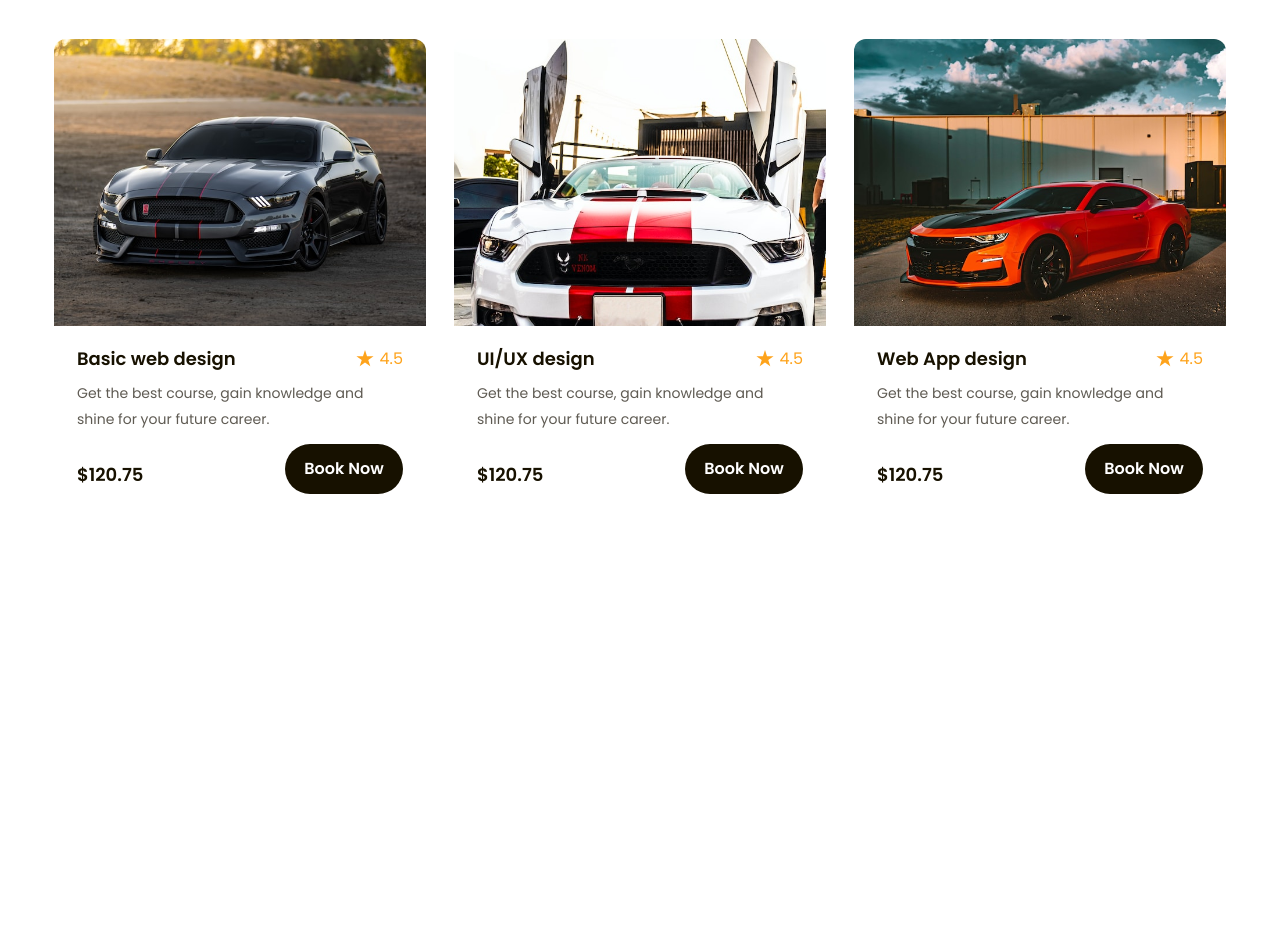
Repository: dongnguyen2112/htmlcss-project-02
Page: index.html
The author's editor kept a copy of each file at every save. The page is drawn from the files as they stood at one save, then again after a run of saves.
The browser window is 1280 px wide. The pictures show the part of the page from y = 1239 to 2191 px (the page is 5000 px tall).
A picture or video elsewhere on the page could not be fetched, so the positions and the page height are approximate.

Above is the page before, as saved 2023-07-06 13:36:35.

### index.html
<!DOCTYPE html>
<html lang="en">
    <head>
        <meta charset="UTF-8" />
        <meta name="viewport" content="width=device-width, initial-scale=1.0" />
        <title>F8 project 01</title>
        <!-- Reset CSS -->
        <link rel="stylesheet" href="./assets/css/reset.css" />
        <!-- Font -->
        <link rel="preconnect" href="https://fonts.googleapis.com" />
        <link rel="preconnect" href="https://fonts.gstatic.com" crossorigin />
        <link
            href="https://fonts.googleapis.com/css2?family=Poppins:ital,wght@0,400;0,500;0,600;0,700;1,400&family=Sen:wght@700&display=swap"
            rel="stylesheet"
        />
        <!-- Style CSS -->
        <link rel="stylesheet" href="./assets/css/styles.css" />
    </head>
    <body>
        <main style="height: 5000px">
            <!-- Header -->
            <header class="header fixed">
                <div class="main-content">
                    <div class="body">
                        <!-- Logo -->
                        <img src="./assets/img/Logo..png" alt="" class="logo">
                        <!-- Nav -->
                        <nav class="nav">
                            <ul>
                                <li class="active">
                                    <a href="#!">Home</a>
                                </li>
                                <li>
                                    <a href="#!">Courses</a>
                                </li>
                                <li>
                                    <a href="#!">Pricing</a>
                                </li>
                                <li>
                                    <a href="#!">Reviews</a>
                                </li>
                            </ul>
                        </nav>
                        <!-- Action -->
                        <div class="action">
                            <a href="#!" class="btn sign-up-btn">Sign Up </a>
                        </div>
                    </div>
            </header>
            <!-- Hero -->
            <div class="hero">
                <div class="main-content">
                    <div class="body">
                        <!-- Hero-left -->
                        <div class="media-block">
                            <img src="./assets/img/hero-img.jpg" alt="Learn without limits and spread knowledge." class="img">
                            <div class="hero-summary">
                                <div class="item">
                                    <div class="icon">
                                        <img src="./assets/icon/list.svg" alt="">
                                    </div>
                                    <div class="info">
                                        <div class="lable">20 Courses</div>
                                        <div class="title">UI/UX Design</div>
                                    </div>
                                </div>
                                <div class="item">
                                    <div class="icon">
                                        <img src="./assets/icon/code.svg" alt="">
                                    </div>
                                    <div class="info">
                                        <div class="lable">20 Courses</div>
                                        <div class="title">Development</div>
                                    </div>
                                </div>
                                <div class="item">
                                    <div class="icon">
                                        <img src="./assets/icon/speaker.svg" alt="">
                                    </div>
                                    <div class="info">
                                        <div class="lable">30 Courses</div>
                                        <div class="title">Marketing</div>
                                    </div>
                                </div>
                            </div>
                        </div>
                        <!-- Hero-right -->
                        <div class="content-block">
                            <h1 class="heading lv1">Learn without limits and spread knowledge.</h1>
                            <p class="desc">Build new skills for that “this is my year” feeling with courses, certificates, and degrees from world-class universities and companies.</p>
                            <div class="cta-group">
                                <a href="#!" class="btn hero-cta">See Courses</a>
                                <button class="watch-video">
                                    <div class="icon">
                                        <img src="./assets/icon/play.svg" alt="">
                                    </div>
                                    <span>Watch Video</span>
                                </button>
                            </div>
                            <p class="desc">Recent engagement</p>
                            <p class="desc stats">
                               <strong>50K</strong> Students
                                <strong>70+</strong> Courses
                            </p>
                        </div>
                    </div>
                </div>
            </div>
            <!-- Popular -->
            <div class="popular">
                <div class="main-content">
                    <div class="popular-top">
                        <div class="info">
                            <h2 class="heading lv2">Our popular courses</h2>
                            <p class="desc">Build new skills with new trendy courses and shine for the next future career.</p>
                        </div>
                        <div class="control">
                            <button class="control-btn">
                                <img src="./assets/icon/control.svg" alt="">
                            </button>
                        </div>
                    </div>
                    <!-- Course-item 1 -->
                    <div class="course-list">
                        <div class="course-item">
                            <img src="./assets/img/course-1.jpg" alt="Basic web design" class="thumb">
                            <div class="info">
                                <div class="head">
                                    <h3 class="title">Basic web design</h3>
                                    <div class="rating">
                                        <img src="./assets/icon/Star.svg" alt="" class="star">
                                        <span class="value">4.5</span>
                                    </div>
                                </div>
                                <p class="desc">Get the best course, gain knowledge and shine for your future career.</p>
                                <div class="foot">
                                    <span class="price">$120.75</span>
                                    <div class="btn">Book Now</div>
                                </div>
                            </div>
                        </div>

                    <!-- Course-item 2 -->
                        <div class="course-item">
                            <img src="./assets/img/course-2.jpg" alt="Basic web design" class="thumb">
                            <div class="info">
                                <div class="head">
                                    <h3 class="title">UI/UX design</h3>
                                    <div class="rating">
                                        <img src="./assets/icon/Star.svg" alt="" class="star">
                                        <span class="value">4.5</span>
                                    </div>
                                </div>
                                <p class="desc">Get the best course, gain knowledge and shine for your future career.</p>
                                <div class="foot">
                                    <span class="price">$120.75</span>
                                    <div class="btn">Book Now</div>
                                </div>
                            </div>
                        </div>
                    <!-- Course-item 3 -->
                        <div class="course-item">
                            <img src="./assets/img/course-3.jpg" alt="Basic web design" class="thumb">
                            <div class="info">
                                <div class="head">
                                    <h3 class="title">Web App design</h3>
                                    <div class="rating">
                                        <img src="./assets/icon/Star.svg" alt="" class="star">
                                        <span class="value">4.5</span>
                                    </div>
                                </div>
                                <p class="desc">Get the best course, gain knowledge and shine for your future career.</p>
                                <div class="foot">
                                    <span class="price">$120.75</span>
                                    <div class="btn">Book Now</div>
                                </div>
                            </div>
                        </div>
                    </div>
                </div>
            </div>
        </main>
    </body>
</html>

### assets/css/styles.css
* {
    box-sizing: border-box;
}
html {
    font-size: 62.5%;
}
body {
    font-size: 1.6rem;
    font-family: "Poppins", sans-serif;
}
:root {
    --primary-color: #ffb900;
    --font-heading: Sen, sans-serif;
}
/* Common */
a {
    text-decoration: none;
}
.main-content {
    width: 1170px;
    max-width: calc(100% - 48px);
    margin-left: auto;
    margin-right: auto;
}
.btn {
    display: inline-block;
    min-width: 118px;
    padding: 0 16px;
    line-height: 50px;
    color: #fff;
    text-align: center;
    font-size: 1.6rem;
    font-weight: 600;
    border-radius: 999px;
    background: #171100;
}
.btn:hover {
    opacity: 0.9;
}
.heading {
    color: #171100;
    font-family: var(--font-heading);
    font-weight: 700;
    letter-spacing: -0.02em;
}
.heading.lv1 {
    font-size: 5.8rem;
    line-height: 1.17;
}
.heading.lv2 {
    font-size: 3.8rem;
    line-height: 1.26;
}
/* Header */
.header {
    background: #fffcf4;
}
.header.fixed {
    position: sticky;
    top: -28px;
    z-index: 1;
}
.header .body {
    display: flex;
    align-items: center;
    padding: 36px 0 8px;
}
.header .sign-up-btn {
    min-width: 114px;
}
.header .action {
    margin-left: 49px;
}
.nav {
    margin-left: auto;
}
.nav ul {
    display: flex;
}
.nav a {
    color: #5f5b53;
    font-size: 1.6rem;
    padding: 8px 21px;
    position: relative;
}
.nav a:hover,
.nav .active a {
    color: #171100;
    font-size: 1.6rem;
    /* font-weight: 600; */
    text-shadow: 1px 0 0 currentColor;
}
.nav .active a::after {
    content: "";
    left: 21px;
    display: block;
    width: 12px;
    height: 2px;
    border-radius: 1px;
    background: #171100;
    position: absolute;
    bottom: 6px;
}
/* hero */
.hero {
    padding: 56px 0 65px;
    background: #fffcf4;
}
.hero .body {
    display: flex;
}
/* hero-left */
.hero .media-block {
    width: 48%;
    position: relative;
}
.hero .media-block .img {
    width: 470px;
    height: 685px;
    object-fit: cover;
    border-radius: 20px;
    display: block;
}
.hero-summary {
    position: absolute;
    right: 0;
    bottom: 48px;
    border-radius: 12px;
    background: #fff;
    box-shadow: 0px 16px 32px 0px rgba(0, 0, 0, 0.05);
    width: 270px;
    padding: 24px;
}
.hero-summary .item {
    display: flex;
    align-items: center;
}
.hero-summary .item + .item {
    margin-top: 22px;
}
.hero-summary .icon {
    width: 48px;
    height: 48px;
    border-radius: 50%;
    display: flex;
    align-items: center;
    justify-content: center;
    background: #fff9e8;
}
.hero-summary .item:nth-last-of-type(2) .icon {
    background: #fcefff;
}
.hero-summary .item:nth-child(3) .icon {
    background: #ebeaff;
}
.hero-summary .info {
    margin-left: 16px;
}
.hero-summary .label {
    font-size: 1.4rem;
    line-height: 1.86;
    color: #5f5b53;
}
.hero-summary .title {
    color: #171100;
    font-size: 1.4rem;
    font-weight: 600;
    line-height: 1.67;
}
/* hero-right */
.hero .content-block {
    width: 52%;
    padding: 64px 0 0 130px;
}

.hero .desc {
    margin-top: 22px;
    color: #5f5b53;
    font-size: 1.8rem;
    font-weight: 400;
    line-height: 1.67;
}
.hero .cta-group {
    margin: 38px 0 48px;
    display: flex;
    align-items: center;
}
.hero .hero-cta {
    background: var(--primary-color);
    line-height: 64px;
    min-width: 180px;
}
.hero .watch-video {
    display: flex;
    margin-left: 28px;
    border: none;
    background: transparent;
    align-items: center;
    cursor: pointer;
}
.hero .watch-video span {
    margin-left: 14px;
    color: #171100;
    font-size: 1.8rem;
    font-weight: 600;
    line-height: 1.67;
}
.hero .stats {
    margin: 8px 0 0 -28px;
}
.hero .stats strong {
    color: #171100;
    font-size: 4.4rem;
    font-weight: 700;
    line-height: 54px;
    font-family: var(--font-heading);
    padding: 0 8px 0 28px;
}
/* popular */
.popular {
    padding: 65px 0;
    margin-top: 135px;
}
.popular-top {
    display: flex;
    justify-content: space-between;
}
.popular-top .desc {
    margin-top: 16px;
    width: 458px;
    color: #5f5b53;
    font-size: 1.8rem;
    line-height: 1.67;
}
.popular .course-list {
    display: flex;
    margin-top: 55px;
    gap: 30px;
}
.popular .course-item {
    flex: 1;
    border-radius: 12px;
    background: #fff;
}
.popular .course-item .thumb {
    width: calc(100% + 2px);
    border-radius: 12px 12px 0px 0px;
    height: 287px;
    object-fit: cover;
    margin: -1px;
}
.popular .course-item .info {
    padding: 16px 22px 22px;
}
.popular .course-item .rating,
.popular .course-item .head {
    display: flex;
    align-items: center;
    justify-content: space-between;
}
.popular .course-item .title {
    color: #171100;
    font-size: 1.8rem;
    font-weight: 600;
    line-height: 1.67;
}
.popular .rating .value{
    margin-left: 6px;
    color: #FEA31B;
    font-size: 1.6rem;
    font-weight: 400;
    line-height: 1.75;
}
.popular .course-item .desc {
    color: #5f5b53;
    font-size: 1.4rem;
    font-weight: 400;
    line-height: 1.86;
    margin-top: 6px;
}
.popular .course-item .foot .price {
    color: #171100;
    font-size: 1.8rem;
    font-weight: 600;
    margin-top: 22px;
}
.popular .course-item .foot {
    display: flex;
    /* align-items: center; */
    justify-content: space-between;
    margin-top: 12px;
}

Loaded but not shown: assets/css/reset.css (common file)

After the next 4 saves:
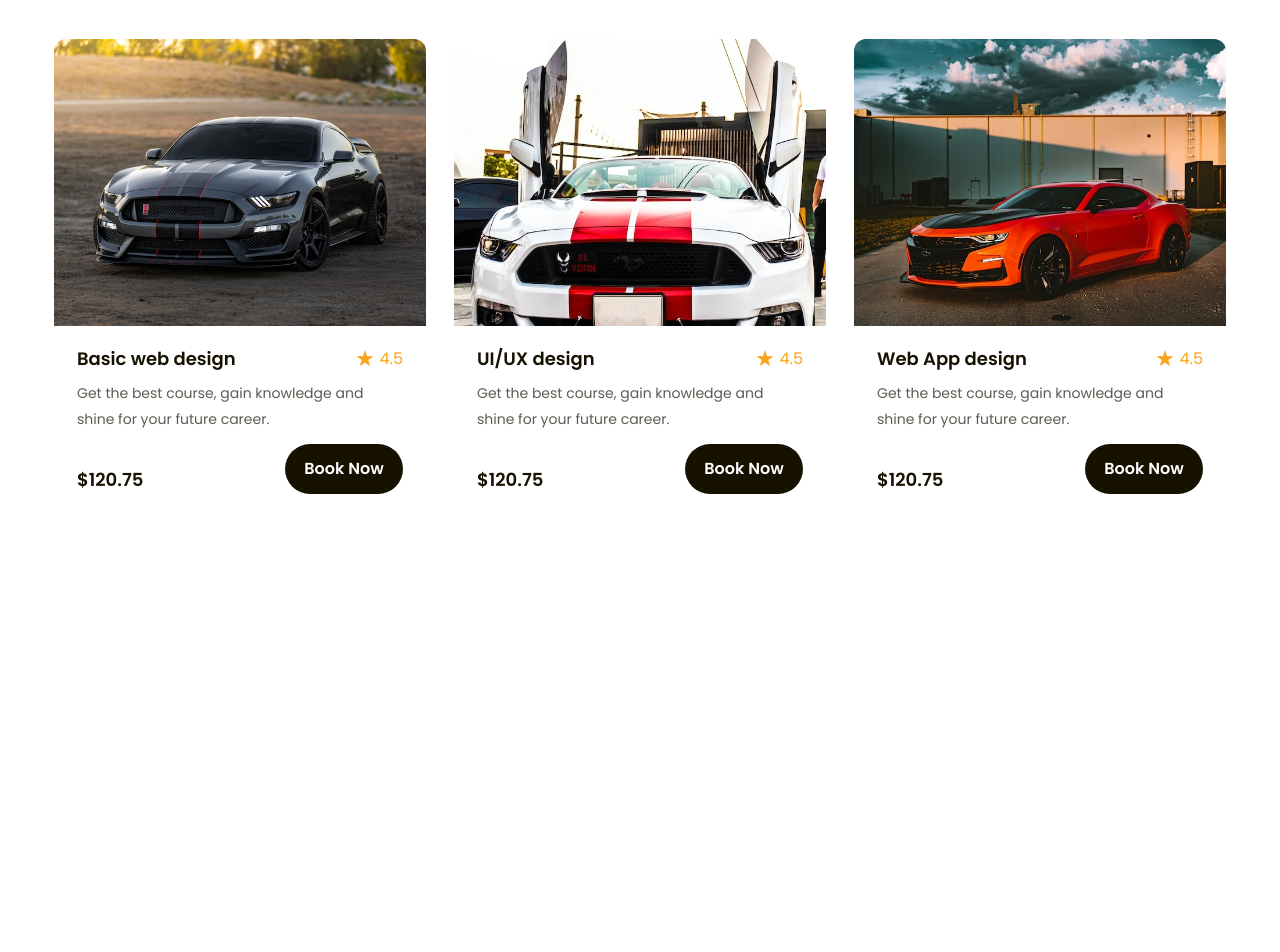
The 4 saves are shown as one change because they came seconds apart.
The last was saved 15 s later.
--- a/assets/css/styles.css
+++ b/assets/css/styles.css
@@ -252,6 +252,7 @@ a {
 .popular .course-item .info {
     padding: 16px 22px 22px;
 }
+.popular .course-item .foot,
 .popular .course-item .rating,
 .popular .course-item .head {
     display: flex;
